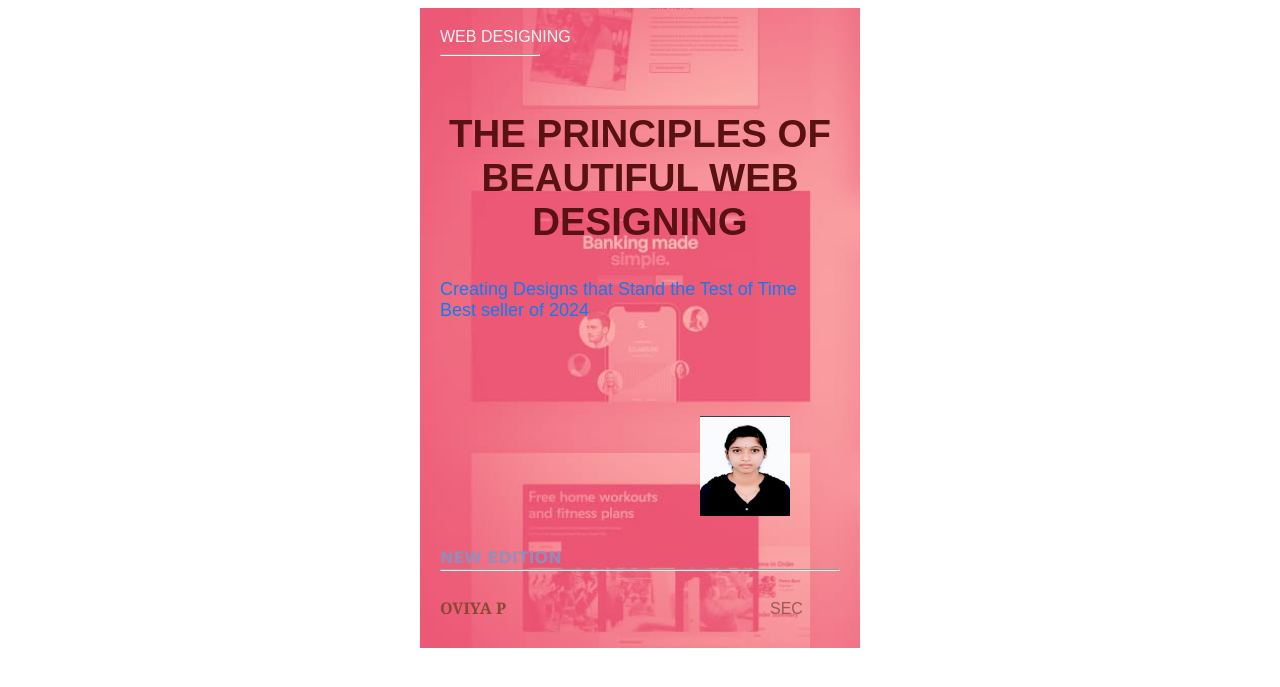
Repository: Oviya24032K6/cover
Page: oviya/coverapp/static/book.html
The author's editor kept a copy of each file at every save. The page is drawn from the files as they stood at one save, then again after a run of saves.
The browser window is 1280 px wide. The pictures show the whole page.

Above is the page before, as saved 2024-04-09 13:53:09.

### oviya/coverapp/static/book.html
<!DOCTYPE html>
<html>

<head>
    <title>BOOK COVER</title>
    <style>
        .bookcover {
            width: 400px;
            height: 600px;
            color: black;
            margin-left: auto;
            margin-right: auto;
            padding: 20px;
            font-family: Arial, sans-serif; /* corrected font-family declaration */
            background-image: url(pink.jpg);
            background-size: cover;
        }

        .head {
            color: rgb(248, 245, 245);

        }

        .style {
            width: 100px;
        }

        .authorname {
            display: inline;
            position: relative;
            color: rgb(136, 72, 49);
            top: 190px;
            font-family: Georgia;
            font-size: medium;
        }

        .title {
            color: rgb(89, 17, 17);
            font-family: Arial, sans-serif; /* fallback font */
            font-size: larger;
            text-align: center;
            position: relative;
            top: 30px;

        }

        .line {
            width: 400px;
            position: relative;
            top: 180px;
        }

        .last {
            color: rgb(154, 90, 90);
            font-size: medium;
            position: relative;
            top: 155px;
            left: 330px;
        }

        .end {
            color: rgba(141, 143, 190, 0.94);
            font-size: medium;
            font-family: Verdana;
            position: relative;
            top: 85px;

        }

        .subtitle {
            color: rgb(10, 125, 247);
            font-family: Arial, sans-serif; /* fallback font */
            font-size: large;
            position: relative;
            top: 40px;
        }

        .photo {
            position: relative;
            top: 135px;
            left: 260px;
            width: 90px; /* Adjust the size here */
            height: 100px; /* Adjust the size here */
        }
    </style>
</head>

<body>
    <div class="bookcover">
        <div class="head">
            WEB DESIGNING
        </div>
        <div class="style">
            <hr style="color:rgb(255, 7, 143)">
        </div>
        <div class="title">
            <h1>THE PRINCIPLES OF BEAUTIFUL WEB DESIGNING</h1>
        </div>
        <div class="subtitle">
            Creating Designs that Stand the Test of Time
        </div>
        <div class="subtitle">
            Best seller of 2024
        </div>

        <div class="photo">
            <img src="oviya pic.jpg" width="90" height="100">

        </div>
        <div class="line">
            <hr style="color:rgba(222, 8, 8, 0.555)">
        </div>
        <div class="authorname">
            <p><b>OVIYA P</b></p>
        </div>
        <div class="last">
            SEC
        </div>
        <div class="end">
            <b>NEW EDITION</b>
        </div>
    </div>
</body>

</html>

After the next 2 saves:
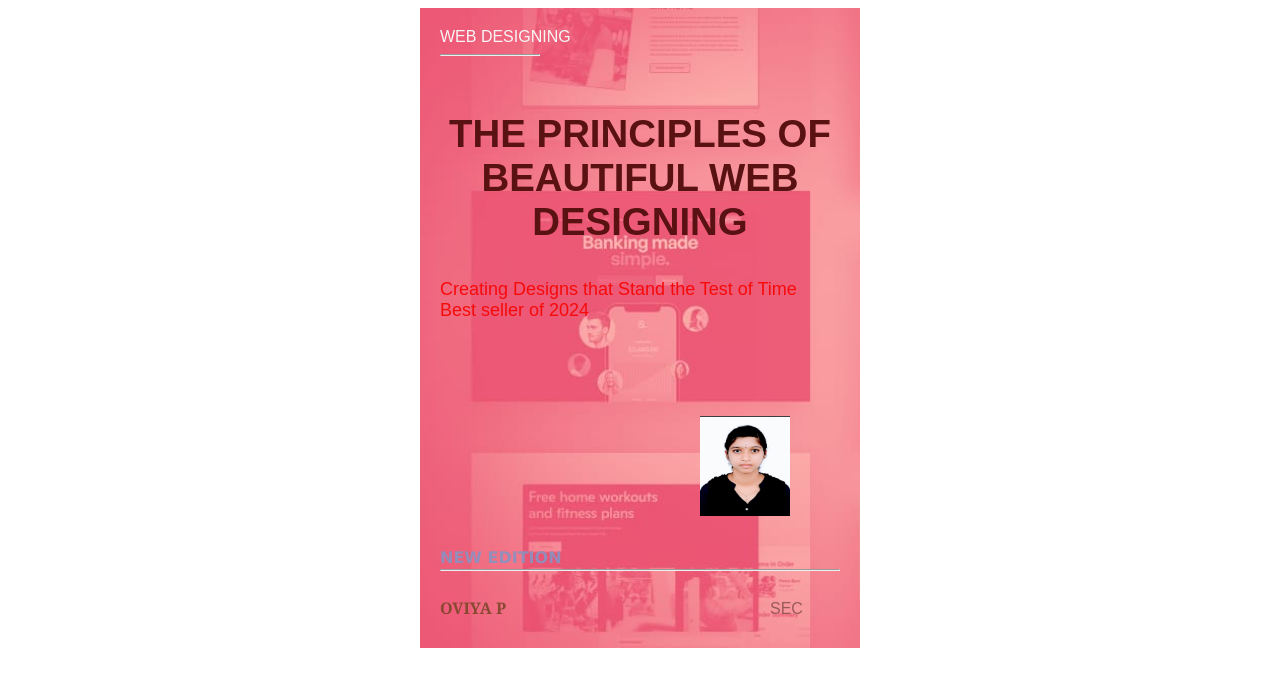
The 2 saves are shown as one change because they came seconds apart.
The last was saved 32 s later.
--- a/oviya/coverapp/static/book.html
+++ b/oviya/coverapp/static/book.html
@@ -68,7 +68,7 @@
         }
 
         .subtitle {
-            color: rgb(10, 125, 247);
+            color: rgb(247, 10, 10);
             font-family: Arial, sans-serif; /* fallback font */
             font-size: large;
             position: relative;
